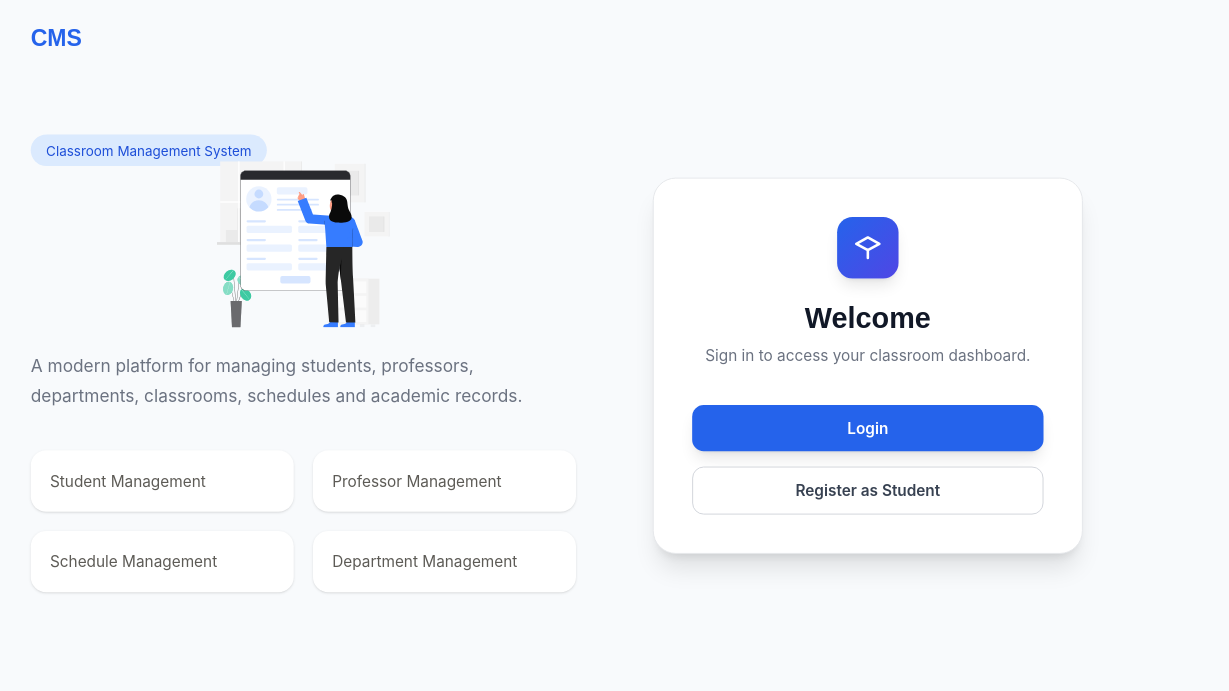
Repository: Chocovcandy/Classroom_Management_System
Page: http://localhost/Login_page
These files come from the project's save history. The page is drawn as it stood at one moment and after the next save; the edit follows.
The browser window is 1280 px wide. The pictures show the whole page, at 96% of full size.
Some web libraries are served in a nearby version. The page is served by the project's Laravel application, run on PHP 8.4 with Laravel 12. Other server files are loaded and not shown.

Above is the page before, as saved 2026-08-11 11:19:47.

### routes/web.php
<?php

use App\Http\Controllers\ProfileController;
use App\Http\Controllers\RoleSelectController;
use Illuminate\Support\Facades\Route;
use App\Http\Controllers\Admin\DepartmentController;
use App\Http\Controllers\Admin\UserController;

//public routes
Route::get('/', function () {
    return view('welcome');
})->name('welcome');

Route::get('/Login_page', function () {
    return view('Login_page');
})->name('Login_page');


// Authentication routes (login, register, etc.) are provided by Breeze
Route::middleware(['auth'])->group(function () {

    // Role selection (after login)
    Route::get('/role/select', [RoleSelectController::class, 'show'])
        ->name('role.select');

    Route::post('/role/select', [RoleSelectController::class, 'store'])
        ->name('role.select.store');

    // Profile (any logged-in user)
    Route::controller(ProfileController::class)->group(function () {
        Route::get('/profile', 'edit')->name('profile.edit');
        Route::patch('/profile', 'update')->name('profile.update');
        Route::delete('/profile', 'destroy')->name('profile.destroy');
    });

    // Admin routes
    Route::prefix('admin')
        ->name('admin.')
        ->middleware(['role:Admin'])
        ->group(function () {

            Route::view('/dashboard', 'admin.dashboard')
                ->name('dashboard');

            Route::resource('users', UserController::class);
            Route::resource('departments', DepartmentController::class);
        });

 // Dean rputes
    Route::prefix('dean')
        ->name('dean.')
        ->middleware(['role:Dean'])
        ->group(function () {
            Route::view('/dashboard', 'dean.dashboard')
                ->name('dashboard');
        });

    //HoD routes
    Route::prefix('hod')
        ->name('hod.')
        ->middleware(['role:HoD'])
        ->group(function () {
            Route::view('/dashboard', 'hod.dashboard')
                ->name('dashboard');
        });

    // Professor routes
    Route::prefix('professor')
        ->name('professor.')
        ->middleware(['role:Professor'])
        ->group(function () {
            Route::view('/dashboard', 'professor.dashboard')
                ->name('dashboard');
        });

    // Student routes
    Route::prefix('student')
        ->name('student.')
        ->middleware(['role:Student'])
        ->group(function () {
            Route::view('/dashboard', 'student.dashboard')
                ->name('dashboard');
        });


});

require __DIR__.'/auth.php';

### public/assets/css/style.css
/*=============== GOOGLE FONTS ===============*/
@import url("https://fonts.googleapis.com/css2?family=Poppins:wght@400;600;700&display=swap");
/*=============== VARIABLES CSS ===============*/
:root {
    --header-height: 3rem;
    /*========== Colors ==========*/
    --hue: 45;
    --sat: 98%;
    --first-color: hsl(var(--hue), var(--sat), 60%);
    --first-color-light: hsl(var(--hue), var(--sat), 85%);
    --first-color-lighten: hsl(var(--hue), var(--sat), 80%);
    --first-color-alt: hsl(var(--hue), var(--sat), 53%);
    --title-color: hsl(var(--hue), 4%, 15%);
    --text-color: hsl(var(--hue), 4%, 35%);
    --text-color-light: hsl(var(--hue), 4%, 65%);
    --body-color: hsl(var(--hue), 0%, 100%);
    --container-color: #fff;
    --scroll-bar-color: hsl(var(--hue), 4%, 85%);
    --scroll-thumb-color: hsl(var(--hue), 4%, 75%);
    /*========== Font and typography ==========*/
    --body-font: "Poppins", sans-serif;
    --biggest-font-size: 2rem;
    --h2-font-size: 1.25rem;
    --h3-font-size: 1.2rem;
    --normal-font-size: 0.938rem;
    --small-font-size: 0.813rem;
    --smaller-font-size: 0.75rem;
    /*========== Font weight ==========*/
    --font-semi-bold: 600;
    --font-bold: 700;
    /*========== Margenes ==========*/
    --mb-0-5: 0.5rem;
    --mb-0-75: 0.75rem;
    --mb-1: 1rem;
    --mb-1-5: 1.5rem;
    --mb-2: 2rem;
    /*========== z index ==========*/
    --z-tooltip: 10;
    --z-fixed: 100;
}

@media screen and (min-width: 968px) {
    :root {
        --biggest-font-size: 3rem;
        --h2-font-size: 1.75rem;
        --h3-font-size: 1.25rem;
        --normal-font-size: 1rem;
        --small-font-size: 0.875rem;
        --smaller-font-size: 0.813rem;
    }
}
/*=============== BASE ===============*/
*,
::before,
::after {
    box-sizing: border-box;
    padding: 0;
    margin: 0;
}

html {
    scroll-behavior: smooth;
    scroll-padding-top: 6rem;
}

body {
    margin: var(--header-height) 0 0 0;
    font-size: var(--normal-font-size);
    background: #f5f7fb;
    color: var(--text-color);
    transition: 0.5s;
    font-family: "Inter", sans-serif;
}

h1,
h2,
h3 {
    font-family: "Plus Jakarta Sans", sans-serif;
    color: var(--title-color);
    line-height: 1.5;
}

ul {
    list-style: none;
}

a {
    text-decoration: none;
}
section {
    scroll-margin-top: -70px;
}

.container {
    width: 70%;
    max-width: 1200px;
    margin: 0 auto;
    padding: 0 70px;
    box-sizing: border-box;
}
/*========== Button Dark/Light ==========*/
.change-theme {
    position: absolute;
    right: 1.5rem;
    top: 2.2rem;
    color: var(--title-color);
    font-size: 1.8rem;
    cursor: pointer;
}

.dark-theme .footer {
    background-color: var(--container-color);
}

/*=============== REUSABLE CSS CLASSES ===============*/
.section {
    padding: 4.5rem 0 1rem;
}

.section__title,
.section__title-center {
    font-size: var(--h2-font-size);
    color: var(--title-color);
    text-align: center;
    margin-bottom: var(--mb-1);
}

.svg__img {
    width: 300px;
    justify-self: center;
}

/*=============== LAYOUT ===============*/
.container {
    max-width: 1600px;
    margin-left: auto;
    margin-right: auto;
    /* background-color: red; */
}

.grid {
    display: grid;
    gap: 4.5rem;
}

/*=============== HEADER ===============*/
.header {
    position: fixed;
    top: 25px;
    left: 0;
    width: 100%;
    z-index: 1000;
    background: transparent;
}

/*=============== NAV ===============*/
.nav {
    max-width: 1300px;
    margin: 10px;
    height: 60px;
    display: flex;
    justify-content: space-between;
    align-items: center;

    padding: 0 20px;

    background: rgba(255, 255, 255, 0.85);
    backdrop-filter: blur(20px);
    -webkit-backdrop-filter: blur(20px);

    border-radius: 40px;

    box-shadow: 0 10px 30px rgba(0, 0, 0, 0.08);

    border: 1px solid rgba(255, 255, 255, 0.5);

    position: fixed;
    top: 0px;
    left: 50%;
    transform: translateX(-50%);
    z-index: 1000;
}
.LU_logo {
    width: 220px;
    margin-left: 22px;
}
.nav__menu {
    flex: 1;
    display: flex;
    justify-content: center;
}
.nav__list {
    display: flex;
    /* gap:18px; */
    list-style: none;
}

.nav__link {
    padding: 10px 18px;
    border-radius: 30px;

    text-decoration: none;
    color: #555;

    font-weight: 600;

    transition: 0.3s;
}
.nav__link:hover {
    background: hsl(219, 77%, 62%);
    color: #f3f4f6;
}

.active-link {
    background: hsl(219, 77%, 62%);
    color: #f3f4f6;
}
.nav__actions {
    display: flex;
    align-items: center;
}
#getStarted {
    padding: 12px 24px;
    border-radius: 40px;
    background: var(--first-color);
    color: #fff;
    text-decoration: none;
    font-weight: 600;
    transition: 0.3s;
}

#getStarted:hover {
    transform: translateY(-2px);
    box-shadow: 0 10px 20px rgba(0, 0, 0, 0.15);
}

/*=============== SVG Image ===============*/
.img_svg1 svg {
    width: 100%;
    max-width: 500px;
    /* margin-left: 55px; */
}

.img_svg2 svg {
    width: 100%;
    max-width: 480px;
    margin-left: 50px;
}
.img_svg3 svg {
    width: 100%;
    display: block;
    max-width: 200px;
    margin-left: 20px;
    margin: 0 auto 0px;
}
.img_svg4 svg {
    margin-top: 80px;
    display: block;
    width: 100%;
    max-width: 235px;
    margin: 0 auto 0px;
}
.img_svg5 svg {
    display: block;
    /* width: 100%; */
    max-width: 180px;
    padding-top: 20px;
    padding-bottom: 20px;
    margin: 0 auto 0px;
}
.img_svg6 svg {
    display: block;
    /* width: 100%; */
    max-width: 210px;
    padding-top: 20px;
    padding-bottom: 20px;
    margin: 0 auto 0px;
}
.img_svg7 svg {
    display: block;
    width: 100%;
    max-width: 180px;
    margin: 0 auto 0px;
}
.img_svg8 svg {
    display: block;
    width: 100%;
    max-width: 180px;
    margin: 0 auto 0px;
}
.image_01 img {
    width: 100%;
    max-width: 180px;
    height: 180px;
    object-fit: cover;
    border-radius: 50%;
    display: block;
    margin: 0 auto;
}
.image_02 img {
    width: 100%;
    max-width: 180px;
    height: 180px;
    object-fit: cover;
    border-radius: 50%;
    display: block;
    margin: 0 auto;
}
.img_svg1 {
    display: flex;
    justify-content: center;
    position: relative;
}

.img_svg1 svg {
    width: 100%;
    max-width: 560px;
    animation: float 5s ease-in-out infinite;
}

/*================ HOME =================*/
.home {
    position: relative;
    min-height: 85vh;
    padding-top: 110px;
    line-height: 1.1;
    display: flex;
    align-items: center;

    overflow: hidden;
}

.home__container {
    display: grid;
    grid-template-columns: 1.05fr 0.95fr;
    align-items: center;
    gap: 50px;
}

.home__data {
    max-width: 700px;
}

.home__title {
    max-width: 800px;
    margin-bottom: 1.5rem;

    font-size: clamp(2.5rem, 4vw, 4rem);
    font-weight: 600;
    line-height: 1.08;
    letter-spacing: -2px;

    color: #1f2937;
}

.home__description {
    max-width: 550px;
    margin-bottom: 2.5rem;

    font-size: 1.1rem;
    line-height: 1.8;

    color: #6b7280;
}

.home__buttons {
    display: flex;
    gap: 18px;
}

.home__visual {
    display: flex;
    justify-content: center;
    align-items: center;
}

.home__illustration {
    width: 100%;
    max-width: 520px;
}
.home__title span {
    color: #266bda;
}
.home__badge {
    display: inline-flex;
    align-items: center;
    gap: 9px;

    padding: 8px 15px;
    margin-bottom: 22px;

    border: 1px solid rgba(79, 70, 229, 0.18);
    border-radius: 999px;

    background: rgba(79, 70, 229, 0.06);

    color: #266bda;
    font-size: 12px;
    font-weight: 600;
    letter-spacing: 0.6px;

    box-shadow: 0 4px 15px rgba(79, 70, 229, 0.06);
}

.home__badge-dot {
    width: 7px;
    height: 7px;

    border-radius: 50%;
    background: #266bda;

    box-shadow: 0 0 0 4px rgba(79, 70, 229, 0.1);
}

#campuses {
    padding-top: 60px;
}

@keyframes float {
    0%,
    100% {
        transform: translateY(0);
    }

    50% {
        transform: translateY(-15px);
    }
}

#features {
    padding-top: 30px;
}

.features__title {
    text-align: center;
    font-size: 2.5rem;
    font-weight: 700;
    margin-bottom: 3.5rem;
    position: relative;
    margin-top: 40px;
}

.features__title::after {
    content: "";
    display: block;
    width: 50px;
    height: 7px;
    margin: 12px auto 0;
    border-radius: 10px;
    background: hsl(219, 77%, 62%);
}

.services__container--two {
    width: 100% !important;
    max-width: 2000px !important;
    margin: 0 auto !important;

    display: grid !important;
    grid-template-columns: repeat(2, minmax(0, 1fr)) !important;
    gap: 2.5rem !important;
}

.services__container--two .card__container {
    width: 100% !important;
    max-width: none !important;
}
section.services.section.container {
  margin-top: 30px;
}

#feature {
    padding-top: 200px;
}

#services__description {
    margin-top: 20px;
}

#services {
    margin-top: 210px;
}

/*=============== BUTTONS ===============*/
.button {
    display: inline-flex;
    align-items: center;
    justify-content: center;

    background: hsl(219, 77%, 62%);
    color: #fff;

    padding: 0.75rem 1.6rem;
    border: 2px solid transparent;
    border-radius: 2rem;

    font-weight: 600;
    text-decoration: none;

    box-shadow: 0 5px 15px hsla(219, 77%, 62%, 0.25);

    transition: all 0.3s ease;
}

.button:hover {
    background: transparent;
    color: hsl(219, 77%, 62%);
    border-color: hsl(219, 77%, 62%);
    box-shadow: none;
    transform: translateY(-2px);
}

.button:active {
    transform: translateY(-1px);
}

.button__header {
    display: none;
}

.button-link {
    background: none;
    padding: 0;
    color: var(--title-color);
}

.button-link:hover {
    background-color: transparent;
}

.button-flex {
    display: inline-flex;
    align-items: center;
    column-gap: 0.25rem;
    padding: 0.75rem 1rem;
}

.button__icon {
    font-size: 1.5rem;
}

/*=============== ABOUT ===============*/
.about__container {
    gap: 2.5rem;
    padding-top: 60px;
}

.about__data {
    text-align: center;
    margin-top: 45px;
}
.about__description {
    font-size: 17px;
    line-height: 1.8;
}

/*=============== Annoucement ===============*/
.annoucement__container {
    gap: 2.5rem;
    padding-top: 140px;
}
.annoucement__description {
    font-size: 17px;
    line-height: 1.8;
}

.annoucement__data {
    text-align: center;
}

/*=============== SERVICES ===============*/
.card__container {
    display: grid;
    row-gap: 1rem;
    background-color: var(--container-color);
    box-shadow: 0px 2px 6px hsla(var(--hue), 100%, 15%, 0.15);
    padding: 2rem 1.5rem;
    border-radius: 1rem;
    text-align: center;
}
#services {
    padding-top: 45px;
}

.services__img {
    width: 135px;
    justify-self: center;
    margin-bottom: var(--mb-0-5);
}
.contact__card {
    background: #fff;
    border-radius: 20px;
    overflow: hidden;
    box-shadow: 0 10px 30px rgba(0, 0, 0, 0.08);
    transition: 0.35s;
}

.contact__card:hover {
    transform: translateY(-8px);
    box-shadow: 0 18px 40px rgba(0, 0, 0, 0.12);
}

.contact__image {
    width: 100%;
    height: 200px;
    object-fit: cover;
}

.contact__badge {
    display: inline-block;
    margin: 1.25rem 1.5rem 0.5rem;
    padding: 0.35rem 0.8rem;
    border-radius: 30px;
    background: var(--first-color-light);
    color: var(--title-color);
    font-size: 0.8rem;
    font-weight: 600;
}

.contact__title {
    margin: 0 1.5rem;
    font-size: 1.3rem;
}

.contact__text {
    margin: 0.75rem 1.5rem;
    color: var(--text-color);
    line-height: 1.7;
}

.contact__info {
    margin: 1.25rem 1.5rem 2rem;
    display: grid;
    gap: 0.7rem;
    color: var(--text-color);
}

.contact.section.container {
    max-width: 1000px;
    /* margin: 0 auto; */
    /* margin: 0 auto; */
}

.contact__description {
    text-align: center;
    max-width: 650px;
    margin: 0 auto 20px;
    color: var(--text-color);
}
#contact {
    padding-top: 160px;
}

/*=============== CONTACT ===============*/

/* .contact__container  grid{
    display:grid;
    grid-template-columns:repeat(auto-fit,minmax(340px,1fr));
    gap:2rem;
    max-width:2800px;
    margin:auto;
}
.contact__description {
    text-align: center;
}

.contact__content {
    row-gap: 0.75rem;
}

.contact__address {
    font-size: var(--small-font-size);
    font-weight: var(--font-semi-bold);
    color: var(--title-color);
}

.contact__information {
    font-weight: initial;
    color: var(--text-color);
}
 */

/*=============== FOOTER ===============*/
.footer {
    background-color: var(--first-color-lighten);
    padding-bottom: 2rem;
}

.footer__container {
    row-gap: 2rem;
}

.footer__logo,
.footer__title {
    font-size: var(--h3-font-size);
    margin-bottom: var(--mb-0-75);
}

.footer__logo {
    display: inline-block;
    font-weight: var(--font-semi-bold);
    color: var(--title-color);
}

.footer__description,
.footer__link {
    font-size: var(--small-font-size);
}

.footer__links {
    display: grid;
    row-gap: 0.5rem;
}

.footer__link {
    color: var(--title-color);
}

.footer__social {
    display: flex;
    column-gap: 1.5rem;
}

.footer__social-link {
    font-size: 1.25rem;
    color: var(--title-color);
}

.footer__copy {
    margin-top: 6rem;
    text-align: center;
    font-size: var(--smaller-font-size);
    color: var(--text-color);
}

/*=============== SCROLL UP ===============*/
.scrollup {
    position: fixed;
    background: var(--first-color);
    right: 1rem;
    bottom: -20%;
    display: inline-flex;
    padding: 0.3rem;
    border-radius: 0.25rem;
    z-index: var(--z-tooltip);
    opacity: 0.8;
    transition: 0.4s;
}

.scrollup:hover {
    background-color: var(--first-color);
    opacity: 1;
}

.scrollup__icon {
    font-size: 1.25rem;
    color: var(--title-color);
}

/* Show Scroll Up*/
.show-scroll {
    bottom: 3rem;
}

/*=============== SCROLL BAR ===============*/
::-webkit-scrollbar {
    width: 0.6rem;
    border-radius: 0.5rem;
    background-color: var(--scroll-bar-color);
}

::-webkit-scrollbar-thumb {
    background-color: var(--scroll-thumb-color);
    border-radius: 0.5rem;
}

::-webkit-scrollbar-thumb:hover {
    background-color: var(--text-color-light);
}

/*=============== MEDIA QUERIES ===============*/

/* Small devices */
@media screen and (max-width: 360px) {
    .svg__img {
        width: 100%;
    }
    .section {
        padding: 3.5rem 0 1rem;
    }
    .services__img {
        width: 100px;
    }

    .app__buttons {
        grid-template-columns: max-content;
    }
    .contact__container {
        grid-template-columns: 1fr;
    }
}

/* Medium devices */
@media screen and (min-width: 576px) {
    .svg__img {
        width: 100%;
    }

    .section__title-center {
        text-align: center;
    }

    .home__container,
    .about__container,
    .annoucement__container,
    .services__container,
    .app__container,
    .footer__container {
        grid-template-columns: repeat(2, 1fr);
    }

    .home__img {
        order: 1;
    }

    .home__container,
    .about__container,
    .annoucement__container,
    .app__container {
        align-items: center;
    }

    .about__data,
    .annoucement__data,
    .app__data,
    .contact__description {
        text-align: center;
    }

    .about__img,
    .app__img {
        order: -1;
    }

    /* Contact Cards */
    .contact__container {
        grid-template-columns: repeat(2, 1fr);
    }
}

/* Tablet */
@media screen and (min-width: 767px) {
    body {
        margin: 0;
    }

    .section {
        padding: 6rem 0 2rem;
    }

    .nav {
        height: calc(var(--header-height) + 1.5rem);
    }

    .nav__list {
        flex-direction: row;
        column-gap: 2.5rem;
    }

    .nav__toggle {
        display: none;
    }

    .change-theme {
        position: initial;
    }

    .home__container {
        padding: 6rem 0 2rem;
    }

    .app__buttons {
        justify-content: initial;
    }
}

/* Large devices */
@media screen and (min-width: 968px) {
    .button__header {
        display: block;
    }

    .svg__img {
        width: 470px;
    }

    .about__container,
    .annoucement__container,
    .app__container {
        column-gap: 6rem;
    }

    .services__container {
        grid-template-columns: repeat(3, 1fr);
    }

    /* Contact Cards */
    .contact__container {
        grid-template-columns: repeat(3, 1fr);
    }

    .footer__container {
        grid-template-columns: repeat(5, 1fr);
    }

    .footer__social {
        align-items: flex-start;
    }

    .footer__social-link {
        font-size: 1.45rem;
    }
}

/* Desktop */
@media screen and (min-width: 1024px) {
    .container {
        margin-left: auto;
        margin-right: auto;
    }

    .home__img {
        width: 540px;
    }

    .home__description {
        padding-right: 5rem;
    }

    .footer__container {
        column-gap: 3rem;
    }

    .scrollup {
        right: 2rem;
    }
}

Loaded but not shown: routes/auth.php (common file); app/Http/Controllers/Auth/EmailVerificationPromptController.php (common file); app/Http/Controllers/Controller.php (common file); app/Http/Controllers/Auth/VerifyEmailController.php (common file); resources/views/components/icons/form.blade.php (142 lines, source omitted); resources/views/Login_page.blade.php (205 lines, source omitted)

After the next save:
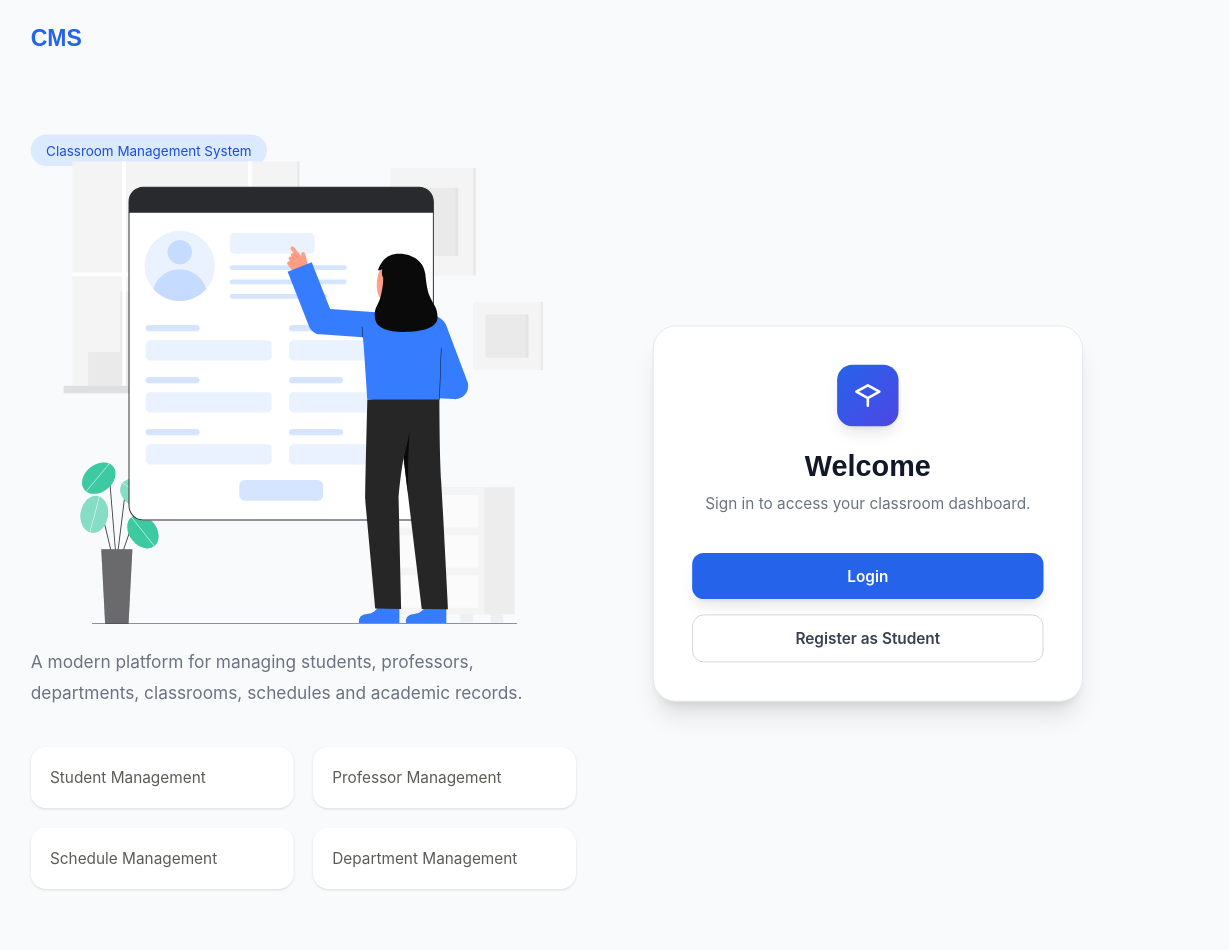
Saved 13 s later.
--- a/public/assets/css/style.css
+++ b/public/assets/css/style.css
@@ -285,7 +285,7 @@
 .img_svg8 svg {
     display: block;
     width: 100%;
-    max-width: 180px;
+    max-width: 500px;
     margin: 0 auto 0px;
 }
 .image_01 img {
